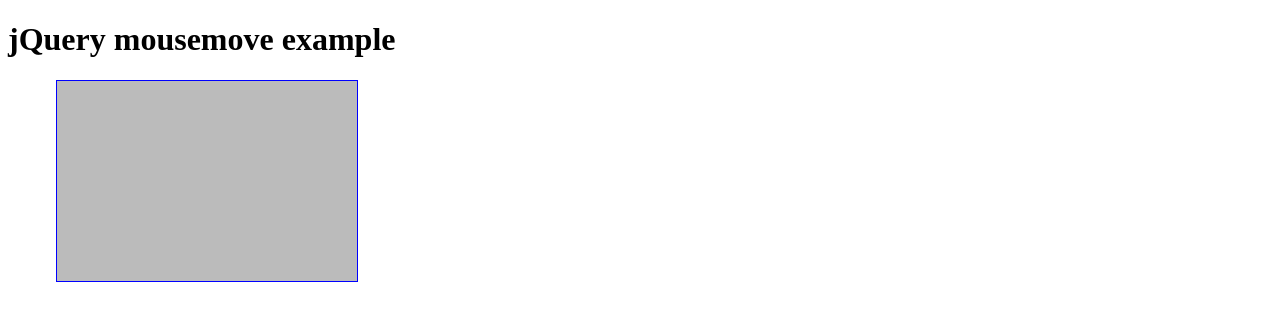
Repository: sudheerj/jQuery
Page: jQueryExamples/chapter08/KeyboardEvents.html
These files come from the project's save history. The page is drawn as it stood at one moment and after a run of saves; the edit follows.
The browser window is 1280 px wide. The pictures show the whole page.

Above is the page before, as saved 2016-10-22 16:45:44.

After the next 2 saves:
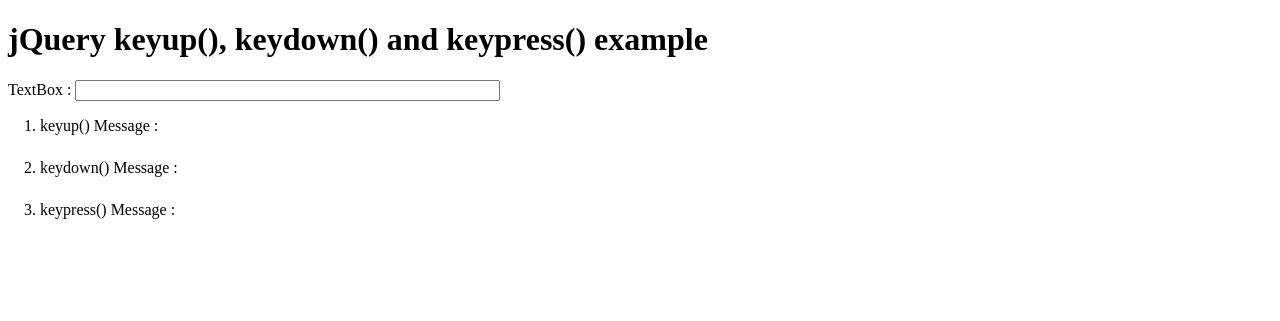
The 2 saves are shown as one change because they came seconds apart.
The last was saved 2 min 31 s later.
--- a/jQueryExamples/chapter08/KeyboardEvents.html
+++ b/jQueryExamples/chapter08/KeyboardEvents.html
@@ -5,31 +5,47 @@
 		<script type="text/javascript" src="..\jquery\jquery-3.1.1.min.js"></script>
 
 		<style type="text/css">
-			#bigbigbox {
-				margin: 16px 16px 16px 48px;
-				border: 1px groove blue;
-				background-color: #BBBBBB;
-				width: 300px;
-				height: 200px;
+			span {
+				padding: 8px;
+				margin: 8px;
+				color: blue;
 			}
-			#msg {
-				color: #800000;
+			div {
+				padding: 8px;
+				margin: 8px;
 			}
 		</style>
 
 	</head>
 	<body>
-		<h1>jQuery mousemove example</h1>
+		<h1>jQuery keyup(), keydown() and keypress() example</h1>
 
-		<div id="bigbigbox"></div>
+		<label>TextBox : </label>
+		<input id="textbox" type="text" size="50" />
 
-		<p id="msg"></p>
+		<div>
+			<label>1. keyup() Message :</label><span id="msg-keyup"></span>
+		</div>
+
+		<div>
+			<label>2. keydown() Message :</label><span id="msg-keydown"></span>
+		</div>
+
+		<div>
+			<label>3. keypress() Message :</label><span id="msg-keypress"></span>
+		</div>
 
 		<script type="text/javascript">
-			var i = 0;
-			$('#bigbigbox').mousemove(function(event) {
-				var msg = 'mousemove() position - x : ' + event.pageX + ', y : ' + event.pageY + ' [counter] : ' + i++;
-				$('#msg').text(msg);
+			$('#textbox').keyup(function(event) {
+				$('#msg-keyup').html('keyup() is triggered!, keyCode = ' + event.keyCode + ' which = ' + event.which)
+			});
+
+			$('#textbox').keydown(function(event) {
+				$('#msg-keydown').html('keydown() is triggered!, keyCode = ' + event.keyCode + ' which = ' + event.which)
+			});
+
+			$('#textbox').keypress(function(event) {
+				$('#msg-keypress').html('keypress() is triggered!, keyCode = ' + event.keyCode + ' which = ' + event.which)
 			});
 
 		</script>
